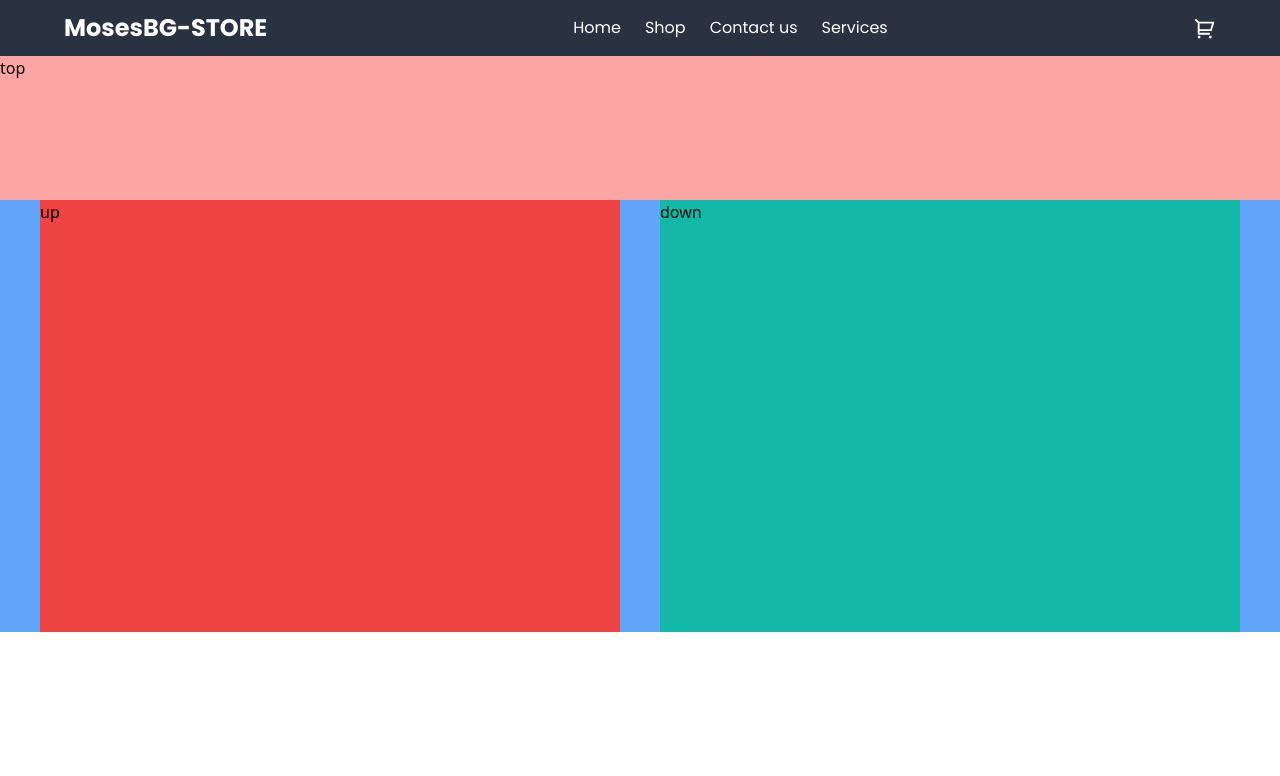
Repository: moshebengan/cart
Page: /fake-store/contact-us
These files come from the project's save history. The page is drawn as it stood at one moment and after the next save; the edit follows.
The browser window is 1280 px wide. The pictures show the whole page.
The project was rebuilt for these pictures with package versions that can differ from the ones it lists, and the page was loaded fresh each time. Also part of the build but not shown: vite.config.js, src/components/Error.jsx, src/utils/data.js, src/utils/apiCalls.js, src/components/Loading.jsx, src/components/Products.jsx, src/components/Footer.jsx, src/pages/HomePage.jsx and 5 more.

Above is the page before, as saved 2024-09-15 15:26:01.

After the next save:
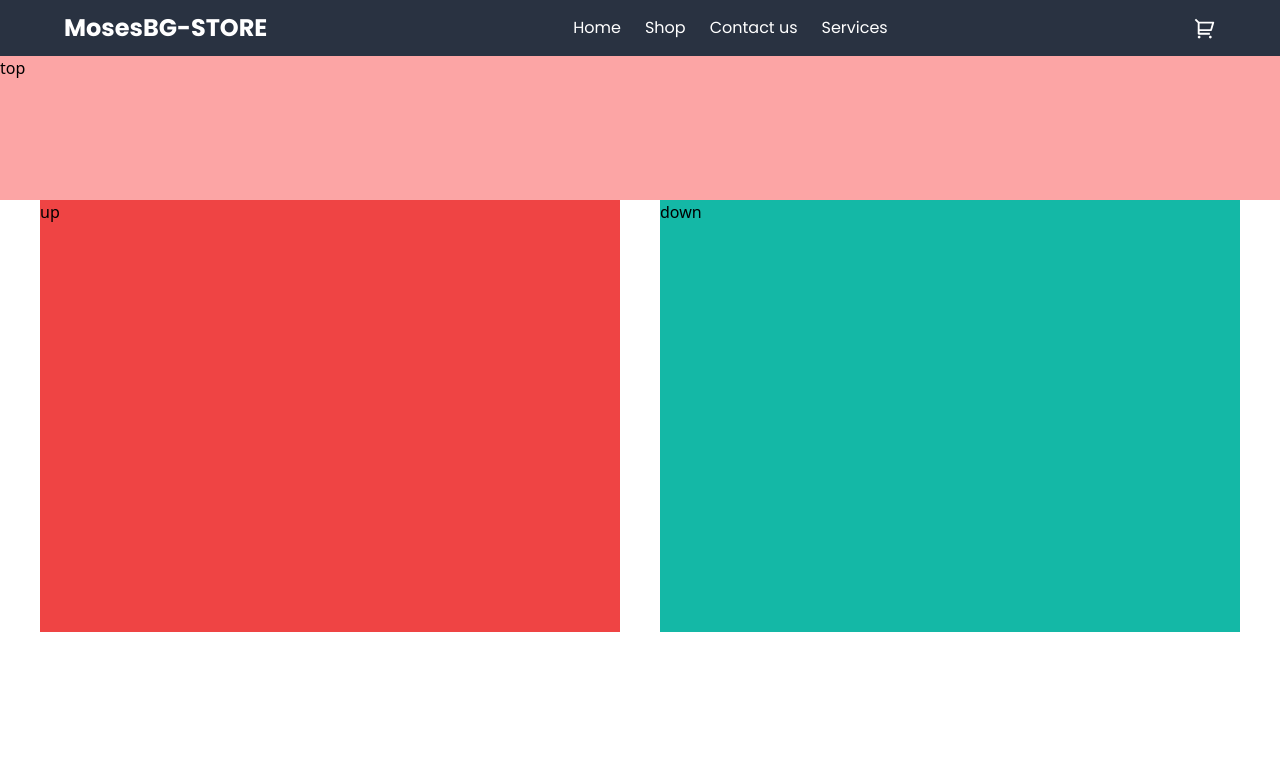
Saved 29 s later.
--- a/src/pages/ContactUs.jsx
+++ b/src/pages/ContactUs.jsx
@@ -4,7 +4,7 @@ const ContactUs = () => {
   return (
     <div className="w-full h-screen flex flex-col relative">
       <div className="w-full h-[20%] bg-red-300">top</div>
-      <div className="w-full h-[60%] bg-blue-400  flex flex-row justify-evenly items-center gap-10">
+      <div className="w-full h-[60%] bg-transparent  flex flex-row justify-evenly items-center gap-10">
         <div className="ml-10 flex-1 h-full bg-red-500" >up</div>
         <div className=" mr-10 flex-1 h-full bg-teal-500">down</div>
         {/* <div className="absolute -top-10 left-10 bg-yellow-300 flex-initial w-64">left</div>
